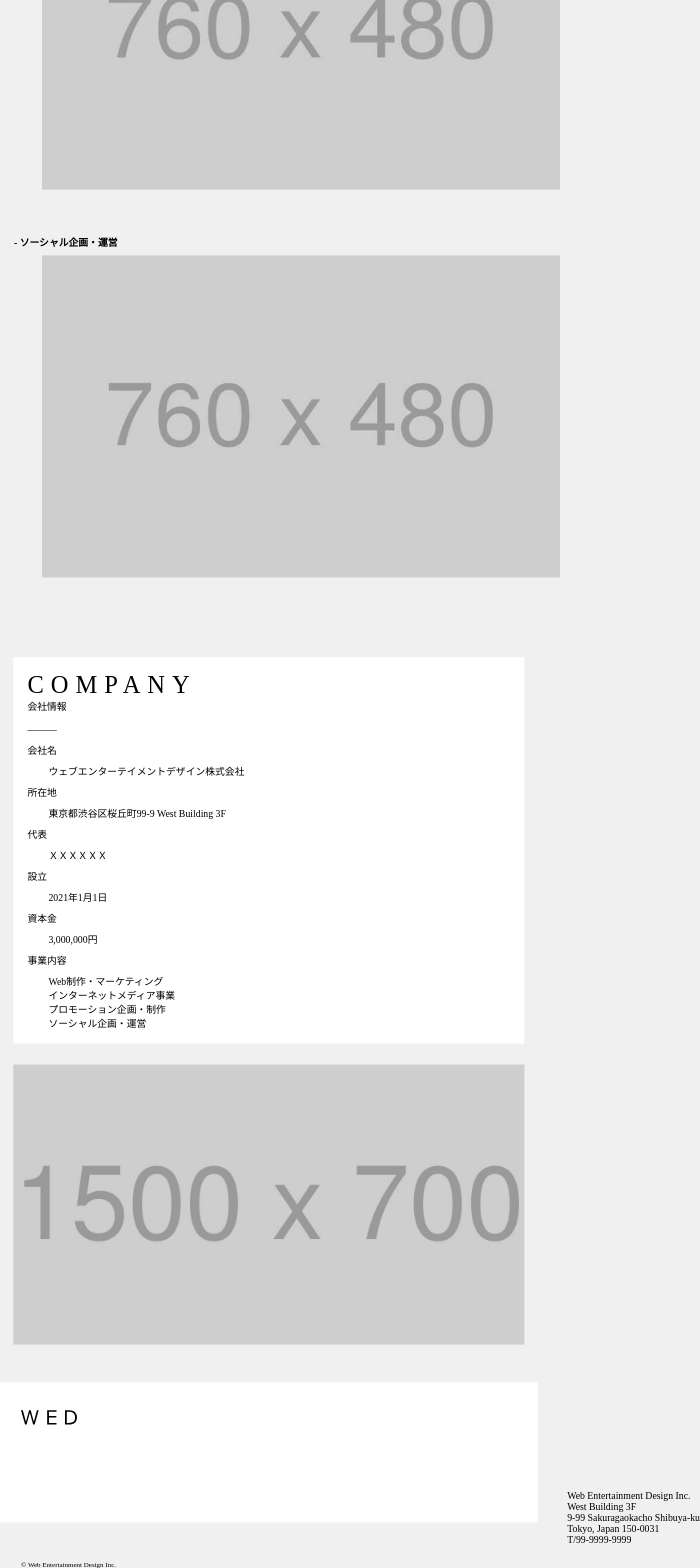
Repository: n19880405nick/challenge
Page: Codestep/Web Entertainment Design/wed.html
The author's editor kept a record of every edit. The page is drawn from the files as they stood at one moment, then again after the next edit.
The browser window is 768 px wide. The page is 1000 px wide, so the pictures cover 1000 px, including what lies to the right of the window. The pictures show the part of the page from y = 3607 to 5847 px (the page is 5847 px tall before and 5827 px after), at 70% of full size.

Above is the page before.

After the next edit:
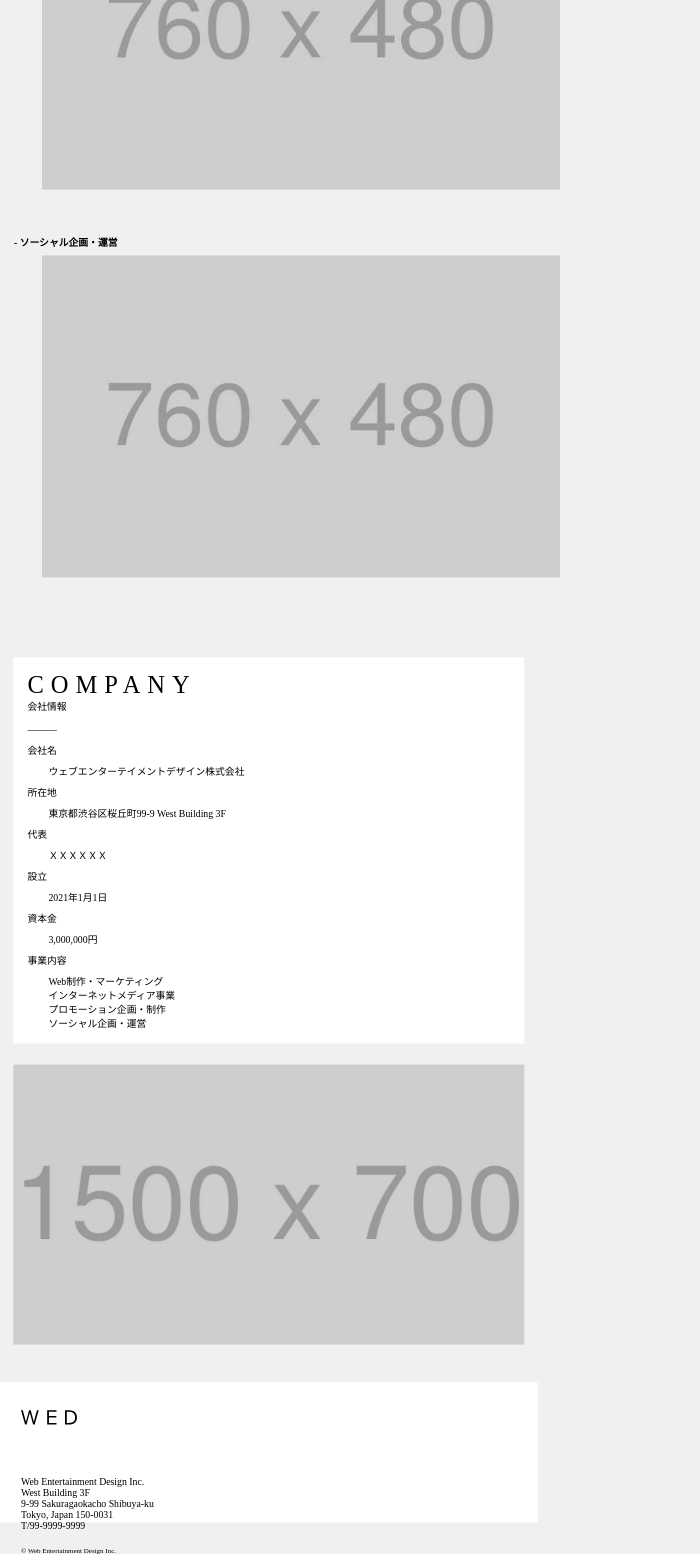
The edit:
--- a/Codestep/Web Entertainment Design/wed.css
+++ b/Codestep/Web Entertainment Design/wed.css
@@ -311,8 +311,8 @@
   }
 
   .footer-company-about{
-    margin-top: 30px;
-    margin-left: auto;
-  }
-
-}
+    margin-top: 10px;
+    margin-left: 30px;
+  }
+
+}
